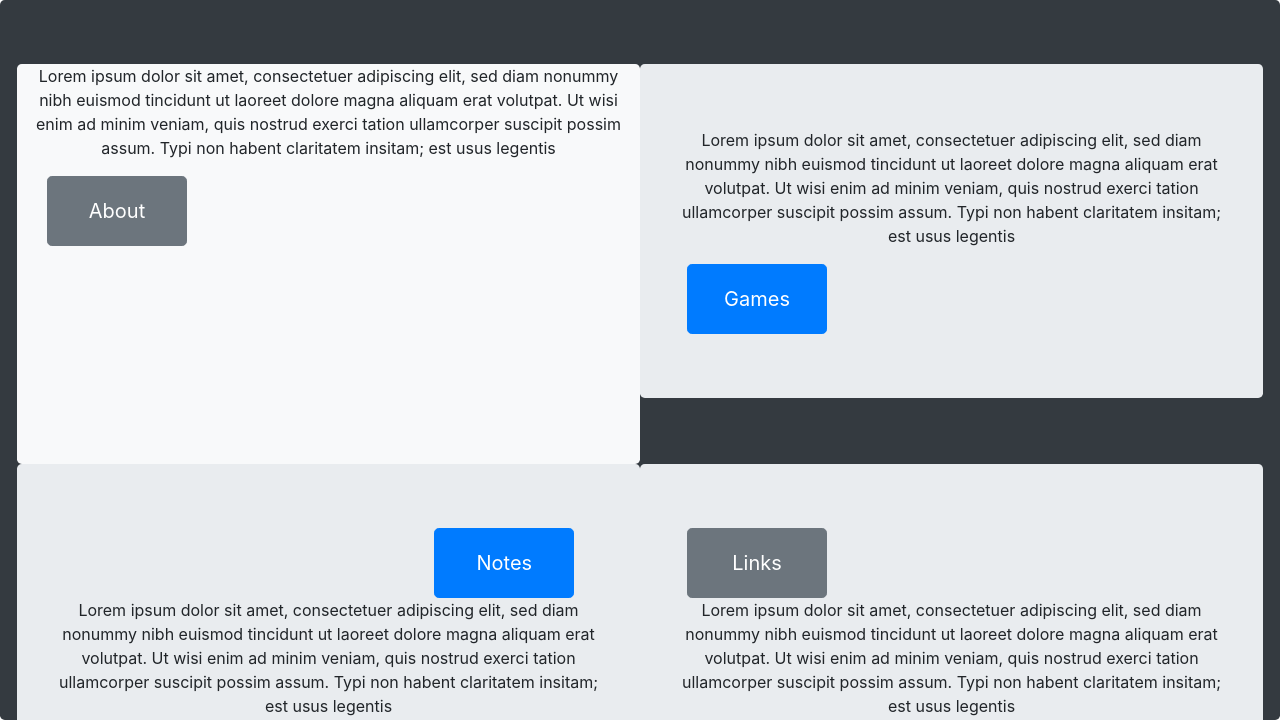
Repository: Kamicoda/Noteblock
Page: index.html
The author's editor kept a record of every edit. The page is drawn from the files as they stood at one moment, then again after the next edit.
The browser window is 1280 px wide. The pictures show the whole page.
Some web libraries are served in a nearby version.

Above is the page before.

After the next edit:
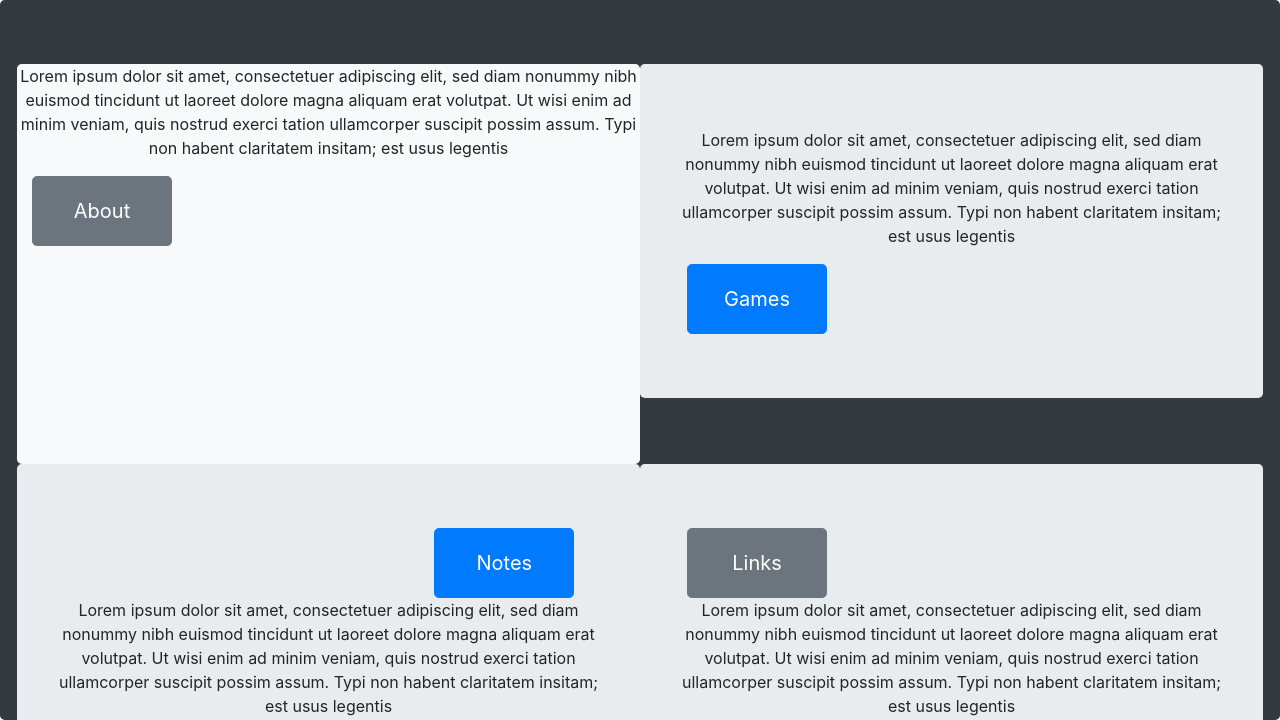
The edit:
--- a/index.html
+++ b/index.html
@@ -37,7 +37,7 @@
                 <div class="col-6 about">
                     <div class="jumbotron cabout bg-light">
 
-                            <div class="d-flex flex-row-reverse">
+                            <div class="row">
                                 <div class="col">
                                     <p>Lorem ipsum dolor sit amet, consectetuer adipiscing elit, sed diam nonummy nibh euismod tincidunt ut laoreet dolore magna aliquam erat volutpat. Ut wisi enim ad minim veniam, quis nostrud exerci tation ullamcorper suscipit
                                         possim assum. Typi non habent claritatem insitam; est usus legentis
